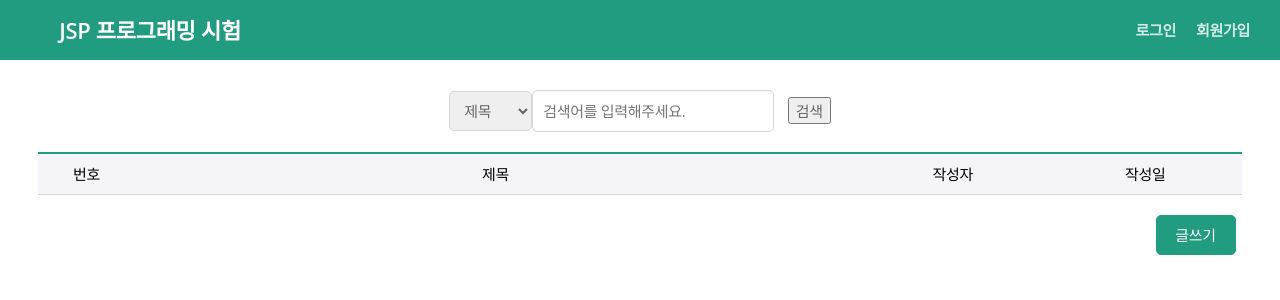
Repository: yujin149/noticeJSP
Page: http://localhost/BBS/bbs.jsp
These files come from the project's save history. The page is drawn as it stood at one moment and after a run of saves; the edit follows.
The browser window is 1280 px wide. The pictures show the whole page.
Some web libraries are served in a nearby version. The page is served by Tomcat 9. Other server files are loaded and not shown. Queries for data that is not in the repository find no rows.

Above is the page before, as saved 2024-11-29 06:48:51.

### BBS/src/main/webapp/bbs.jsp
<%@ page language="java" contentType="text/html; charset=UTF-8"
	pageEncoding="UTF-8"%>
<%@ page import="java.io.PrintWriter"%>
<%@ page import="bbs.BbsDAO"%>
<%@ page import="bbs.Bbs"%>
<%@ page import="java.util.ArrayList"%><!-- 게시판 목록을 출력하기 위해 -->
<!DOCTYPE html>
<html>
<head>
<meta charset="UTF-8">
<meta name="viewport" content="width=device-width" , initial-scale="1">
<link rel="stylesheet" href="css/reset.css">
<link rel="stylesheet" href="css/font.css">
<link rel="stylesheet" href="css/style.css">
<title>JSP 프로그래밍 시험</title>


</head>
<body>
	<div class="bbsWrap">
		<%
		String userID = null;
		if (session.getAttribute("userID") != null) {
			userID = (String) session.getAttribute("userID");
		}

		int pageNumber = 1;
		if (request.getParameter("pageNumber") != null) {
			pageNumber = Integer.parseInt(request.getParameter("pageNumber"));
		}
		%>
		<nav class="navWrap">
			<h1>
				<a href="bbs.jsp">JSP 프로그래밍 시험</a>
			</h1>

			<%
			if (userID == null) {
			%>
			<ul class="userMenu">
				<li><a href="login.jsp">로그인</a></li>
				<li><a href="join.jsp">회원가입</a></li>
			</ul>
			<%
			} else {
			%>
			<ul class="userMenu">
				<li><a href="logoutAction.jsp">로그아웃</a></li>
			</ul>
			<%
			}
			%>
		</nav>

		<div class="container">

			<div class="searchWrap">
				<form action="searchAction.jsp" method="get">
					<select name="searchField">
						<option value="bbsTitle">제목</option>
						<option value="userID">작성자</option>
					</select>
					<div class="search">
						<input type="text" name="searchText" placeholder="검색어를 입력해주세요.">
						<button type="submit" class="btn">검색</button>
					</div>
				</form>
			</div>
			<div class="tableWrap">
				<table>
					<colgroup>
						<col style="width: 8%">
						<col style="width: *">
						<col style="width: 16%">
						<col style="width: 16%">
					</colgroup>
					<thead>
						<tr>
							<th>번호</th>
							<th>제목</th>
							<th>작성자</th>
							<th>작성일</th>

						</tr>
					</thead>
					<tbody>
						<%
						BbsDAO bbsDAO = new BbsDAO();
						ArrayList<Bbs> list = bbsDAO.getList(pageNumber);
						for (int i = 0; i < list.size(); i++) {
						%>
						<tr>
							<td><%=list.get(i).getBbsNum()%></td>
							<td style="text-align: left;"><a
								href="view.jsp?bbsID=<%=list.get(i).getBbsNum()%>"> <%=list.get(i).getBbsTitle().replaceAll(" ", "&nbsp;").replaceAll("<", "&lt;").replaceAll(">", "&gt;")
		.replaceAll("\n", "<br>")%></a></td>

							<td><%=list.get(i).getUserID()%></td>
							<td><%=list.get(i).getBbsDate().substring(0, 11)%></td>
						</tr>
						<%
						}
						%>
					</tbody>

				</table>

			</div>
			<div class="btnWrap">
				<div class="prevnextBtn">
					<%
					if (pageNumber != 1) {
					%>
					<a href="bbs.jsp?pageNumber=<%=pageNumber - 1%>"
						class="btn btn-success btn-arraw-left">이전</a>
					<%
					}
					if (bbsDAO.nextPage(pageNumber + 1)) {
					%>
					<a href="bbs.jsp?pageNumber=
				<%=pageNumber + 1%>"
						class="btn btn-success btn-arraw-left">다음</a>
					<%
					}
					%>
				</div>
				<a href="write.jsp" class="btn btn-primary pull-right green-btn">글쓰기</a>
			</div>
		</div>
	</div>

	<script src="http://code.jquery.com/jquery-3.1.1.min.js"></script>
</body>
</html>

### BBS/src/main/java/bbs/BbsDAO.java
package bbs;

import java.sql.Connection;
import java.sql.DriverManager;
import java.sql.PreparedStatement;
import java.sql.ResultSet;
import java.util.ArrayList;

public class BbsDAO {
	private Connection conn;
	private ResultSet rs;

	public BbsDAO()
	{
		try
		{
			String dbURL = "jdbc:mysql://localhost:3306/testjsp";

			String dbID = "root";
			String dbPassword = "1234";
			Class.forName("com.mysql.jdbc.Driver");

			conn = DriverManager.getConnection(dbURL, dbID, dbPassword);
		}catch(Exception e)
		{
			e.printStackTrace();
		}
	}

	// 게시판 글쓰기를 위한 함수
	public String getDate()
	{
		String SQL = "SELECT NOW()";
		try {
			PreparedStatement pstmt = conn.prepareStatement(SQL);
			rs = pstmt.executeQuery();

			if(rs.next()) {
				return rs.getString(1);
			}

		} catch(Exception e) {
			e.printStackTrace();
		}
		return "";
	}

	public int getNext() // 게시글 번호 입력 함수
	{
		String SQL = "SELECT bbsNum FROM BBS ORDER BY bbsNum DESC";
		try {
			PreparedStatement pstmt = conn.prepareStatement(SQL);
			rs = pstmt.executeQuery();

			if(rs.next()) {
				return rs.getInt(1) + 1;
			}
			return 1;

		} catch(Exception e) {
			e.printStackTrace();
		}
		return -1;
	}

	public int write(String bbsTitle, String userID, String bbsContent)
	{
		String SQL = "INSERT INTO BBS VALUES (?, ?, ?, ?, ?, ?)";

		try {
			PreparedStatement pstmt = conn.prepareStatement(SQL);
			pstmt.setInt(1, getNext());
			pstmt.setString(2, bbsTitle);
			pstmt.setString(3, userID);
			pstmt.setString(4, getDate());
			pstmt.setString(5, bbsContent);
			pstmt.setInt(6, 1);

			return pstmt.executeUpdate();

		} catch(Exception e) {
			e.printStackTrace();
		}
		return -1;
	}

	public ArrayList<Bbs> getList(int pageNumber)
	{
		String SQL = "SELECT * FROM BBS WHERE bbsNum < ?  AND bbsAvailable = 1 ORDER BY bbsNum DESC LIMIT 10";

		ArrayList<Bbs> list = new ArrayList<Bbs>();
		try {
			PreparedStatement pstmt = conn.prepareStatement(SQL);
			pstmt.setInt(1, getNext() - (pageNumber - 1) * 10);

			rs = pstmt.executeQuery();

			while(rs.next()) {
				Bbs bbs = new Bbs();
				bbs.setBbsNum(rs.getInt(1));
				bbs.setBbsTitle(rs.getString(2));
				bbs.setUserID(rs.getString(3));
				bbs.setBbsDate(rs.getString(4));
				bbs.setBbsContent(rs.getString(5));
				bbs.setBbsAvailable(rs.getInt(6));
			    list.add(bbs);
			}
		} catch(Exception e) {
			e.printStackTrace();
		}
		return list;
	}

	public boolean nextPage(int pageNumber)
	{
		String SQL = "SELECT * FROM BBS WHERE bbsNum < ?  AND bbsAvailable = 1 ORDER BY bbsNUm DESC LIMIT 10";

		try {
			PreparedStatement pstmt = conn.prepareStatement(SQL);
			pstmt.setInt(1, getNext() - (pageNumber - 1) * 10);

			rs = pstmt.executeQuery();

			if(rs.next()) {
				return true;
			}
		} catch(Exception e) {
			e.printStackTrace();
		}
		return false;
	}

	public Bbs getBbs(int bbsNum) {
		String SQL = "SELECT * FROM BBS WHERE bbsNum = ?";
		try {
			PreparedStatement pstmt = conn.prepareStatement(SQL);
	        pstmt.setInt(1, bbsNum);
	        rs = pstmt.executeQuery();

			if(rs.next()) {
	            Bbs bbs = new Bbs();
	            bbs.setBbsNum(rs.getInt(1));
	            bbs.setBbsTitle(rs.getString(2));
	            bbs.setUserID(rs.getString(3));
	            bbs.setBbsDate(rs.getString(4));
	            bbs.setBbsContent(rs.getString(5));
	            bbs.setBbsAvailable(rs.getInt(6));
	            return bbs;
	        }
		} catch(Exception e) {
	        e.printStackTrace();
	    }
		return null;
	}

	public int update(int bbsNum, String bbsTitle, String bbsContent) {
		String SQL = "UPDATE BBS SET bbsTitle = ?, bbsContent =? WHERE bbsNum = ?";
		try {
			PreparedStatement pstmt = conn.prepareStatement(SQL);
			pstmt.setString(1, bbsTitle);
			pstmt.setString(2, bbsContent);
			pstmt.setInt(3, bbsNum);
			return pstmt.executeUpdate();
		}catch(Exception e){
			e.printStackTrace();
		}
		return -1;
	}

	public int delete(int bbsNum) {
		String SQL = "UPDATE BBS SET bbsAvailable = 0 WHERE bbsNum = ?";
		try {
			PreparedStatement pstmt = conn.prepareStatement(SQL);
			pstmt.setInt(1, bbsNum);
			return pstmt.executeUpdate();
		}catch(Exception e){
			e.printStackTrace();
		}
		return -1;
	}


	public ArrayList<Bbs> getSearch(String searchField, String searchText) {
	    String SQL = "";
	    ArrayList<Bbs> list = new ArrayList<Bbs>();

	    try {
	        if(searchField.equals("bbsTitle")) {
	            SQL = "SELECT * FROM BBS WHERE bbsTitle LIKE ? AND bbsAvailable = 1 ORDER BY bbsNum DESC";
	        } else if(searchField.equals("userID")) {
	            SQL = "SELECT * FROM BBS WHERE userID LIKE ? AND bbsAvailable = 1 ORDER BY bbsNum DESC";
	        }

	        PreparedStatement pstmt = conn.prepareStatement(SQL);
	        pstmt.setString(1, "%" + searchText + "%");
	        rs = pstmt.executeQuery();

	        while(rs.next()) {
	            Bbs bbs = new Bbs();
	            bbs.setBbsNum(rs.getInt(1));
	            bbs.setBbsTitle(rs.getString(2));
	            bbs.setUserID(rs.getString(3));
	            bbs.setBbsDate(rs.getString(4));
	            bbs.setBbsContent(rs.getString(5));
	            bbs.setBbsAvailable(rs.getInt(6));
	            list.add(bbs);
	        }
	    } catch(Exception e) {
	        e.printStackTrace();
	    }
	    return list;
	}

}

### BBS/src/main/webapp/css/reset.css
@charset "UTF-8";

html, body, div, span, applet, object, iframe,
h1, h2, h3, h4, h5, h6, p, blockquote, pre,
a, abbr, acronym, address, big, cite, code,
del, dfn, em, img, ins, kbd, q, s, samp,
small, strike, strong, sub, sup, tt, var,
b, u, i, center,
dl, dt, dd, ol, ul, li,
fieldset, form, label, legend,
table, caption, tbody, tfoot, thead, tr, th, td,
article, aside, canvas, details, embed,
figure, figcaption, footer, header, hgroup,
menu, nav, output, ruby, section, summary,
time, mark, audio, video {
	margin: 0;
	padding: 0;
	border: 0;
	font-size: 100%;
	font: inherit;
	vertical-align: inherit;
	box-sizing:border-box;
	transition:all .3s;
}
/* HTML5 display-role reset for older browsers */
article, aside, details, figcaption, figure,
footer, header, hgroup, menu, nav, section {
	display: block;
}
body {
	line-height: 1;
}
ol, ul {
	list-style: none;
}
blockquote, q {
	quotes: none;
}
blockquote:before, blockquote:after,
q:before, q:after {
	content: '';
	content: none;
}
table {
	border-collapse: collapse;
	border-spacing: 0;
}

button,
input,
select,
textarea {
	font-family: inherit; /* 1 */
	font-size: 100%; /* 2 */
	margin: 0; /* 3 */
}

button,
input {
	line-height: normal;
}

button,
select {
	text-transform: none;
}

button,
html input[type="button"], /* 1 */
input[type="reset"],
input[type="submit"] {
	-webkit-appearance: button; /* 2 */
	cursor: pointer; /* 3 */
}

button[disabled],
html input[disabled] {
	cursor: default;
    background: #f5f5f5;
    color:#666;
}

input[type="checkbox"],
input[type="radio"] {
	box-sizing: border-box; /* 1 */
	padding: 0; /* 2 */
}

input[type="search"] {
	-webkit-appearance: textfield; /* 1 */
	-moz-box-sizing: content-box;
	-webkit-box-sizing: content-box; /* 2 */
	box-sizing: content-box;
}

input[type="search"]::-webkit-search-cancel-button,
input[type="search"]::-webkit-search-decoration {
	-webkit-appearance: none;
}

button::-moz-focus-inner,
input::-moz-focus-inner {
	border: 0;
	padding: 0;
}

textarea {
	overflow: auto; /* 1 */
	vertical-align: top; /* 2 */
}
a {text-decoration:none;}
address {font-style:normal;}

caption {display:none}

### BBS/src/main/webapp/css/font.css
@charset "UTF-8";

@font-face {
    font-family: "Noto Sans KR";
    src: url('https://fonts.googleapis.com/css2?family=Noto+Sans+KR:wght@100;300;400;500;700;900&display=swap');
         unicode-range: U+AC00-D7A3;
        }

@font-face {
    font-family: 'roboto';
    src: url('https://fonts.googleapis.com/css2?family=Roboto:wght@100;300;400;500;700;900&display=swap');
         unicode-range: U+0030-0039;
}


html, body, table, input, textarea, nav, button, div, p, span,
#main_wrap span, h1, h2, h3, h4, h6, tr, td, ol, ul, li, select, pre {
    font-size:15px;
    font-family:"Noto Sans KR","roboto","Open Sans",Malgun Gothic,"맑은 고딕",AppleGothic,Dotum,"돋움",sans-serif;
    color:#666;letter-spacing: -0.3px; font-weight: 400;
}


.notosanskr {
 font-family: 'Noto Sans KR', sans-serif;
}

.roboto {
 font-family: 'roboto', sans-serif;
}

### BBS/src/main/webapp/css/style.css
@charset "UTF-8";
.bbsWrap{width:100%; margin:0 auto;}
.navWrap{width:100%; height:60px; background:#219c80; display:flex;
justify-content: space-between; align-items: center;padding: 0 30px;}
.navWrap h1 a{color:#fff; font-size:22px; font-weight:600; display:flex;
justify-content: center; align-items: center; width:240px; height:60px;}

.navWrap .userMenu{display:flex; justify-content: flex-end; align-items: center;}
.navWrap .userMenu a{color:rgba(255,255,255,0.8); font-size:15px; padding:0 10px;
font-weight:600;}
.navWrap .userMenu li:last-child a{padding-right:0;}
.navWrap .userMenu li.active a{color:#fff;}
.navWrap .userMenu a:hover{color:#fff;}


.bbsWrap .container{width:94%; margin:30px auto 0;}
.bbsWrap .container .tableWrap{width:100%; border-top: 2px solid #219c80;
border-bottom: 1px solid #d7d7d7;}

.bbsWrap .container .tableWrap table{table-layout: fixed; border-collapse: collapse;
width:100%;}
.bbsWrap .container .tableWrap table tr th{display:table-cell; vertical-align:middle; padding:0 10px; background: #f4f4f9;
height: 40px; font-size: 15px; color:#000;}
.bbsWrap .container .tableWrap table tr td{display:table-cell; vertical-align:middle; padding:0 10px; font-size: 15px;
border-top: 1px solid #d7d7d7; line-height: 1.3; height: 50px; text-align: center; cursor:pointer;}

.bbsWrap .container .tableWrap table tr td a{color:#666; display:block;}

.bbsWrap .container .tableWrap table tr:hover td{background:#f4f4f9;}

.bbsWrap .container .tableWrap.writeTable table tr td{border-top:none; border-bottom:1px solid #d7d7d7; padding:0; cursor:auto;}
.bbsWrap .container .tableWrap.writeTable table tr:hover td, .bbsWrap .container .tableWrap.viewTable table tr:hover td{background:inherit;}
.bbsWrap .container .writeTable table tr td input{width:100%; height:100%; border:none; padding:0 20px; outline:none;}
.bbsWrap .container .writeTable table tr td textarea{width:100%; min-height:580px; border:none; padding:20px; outline:none;
resize:none;}

.bbsWrap .container .tableWrap.viewTable table tr th{height:50px;}
.bbsWrap .container .viewTable table tr td{cursor:auto;}
.bbsWrap .container .viewTable table tr td.tit {color:#000; background:#f4f4f9;}
.bbsWrap .container .viewTable table tr:hover td.tit {color:#000; background:#f4f4f9;}
.bbsWrap .container .viewTable table tr td.text {text-align:left;}
.bbsWrap .container .viewTable table tr td.textBox{padding:20px;}


.btnWrap{display:flex;justify-content: space-between; align-items: center; margin-top:20px;}
.btnWrap .prevnextBtn{display:flex;}
.btnWrap .btn{display:flex;justify-content: center;align-items: center;
width:50px; height:40px; background:#eee; border-radius:5px; border:1px solid #d7d7d7; color:#666; margin-right:6px;}
.btnWrap .btn:hover{background:#219c80; color:#fff; border-color:#219c80;}
.btnWrap .btn.green-btn{background:#219c80; color:#fff; width:80px; border-color:#219c80;}


/*로그인*/
.loginWrap{width:480px; margin:60px auto 0; background: #fff; box-shadow: 3px 3px 5px rgba(55, 55, 55, 0.1);
padding:60px;}
.loginWrap h2{font-size:28px; font-weight:600; text-align:center; color:#000; margin-bottom:40px;}
.loginWrap ul li{margin-bottom:10px;}
.loginWrap ul li input {width:100%; height:40px; border:1px solid #d7d7d7;
border-radius:5px; outline:none; padding:0 10px; box-sizing:border-box;}
.loginWrap .loginBtn{width:100%; background:#219c80; color:#fff; border-radius:5px;
border:1px solid #219c80; height:40px; font-size:16px; font-weight:600; height:45px;}

.loginWrap ul li input[type='radio'] {
  -webkit-appearance: none;-moz-appearance: none;appearance: none; width: 15px;
  height: 15px; border: 1px solid #d7d7d7; border-radius: 50%; outline: none;  cursor: pointer; padding:0;}
.loginWrap ul li input[type='radio']:checked { background: #219c80; border: 3px solid white; box-shadow: 0 0 0 1px #219c80;}

.loginWrap ul li.radioList{display:flex; justify-content: center; align-items:center; padding:10px 0;}
.loginWrap ul li.radioList label{display:flex; justify-content: flex-start; align-items:center; cursor:pointer;}
.loginWrap ul li.radioList label input{margin-right:5px;}
.loginWrap ul li.radioList label:first-child{margin-right:20px;}


/*검색조건*/
.searchWrap{margin-bottom:20px;}
.searchWrap form{display:flex; justify-content: center; align-items: center;}
.searchWrap input, .searchWrap select{height:40px; border:1px solid #d7d7d7;
padding:0 10px; border-radius:5px;}
.searchWrap input{width:220px; margin-right:10px;}

After the next 2 saves:
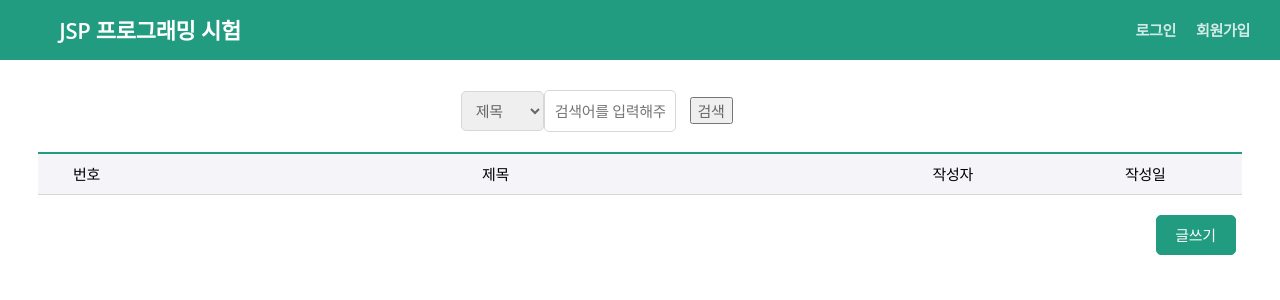
The 2 saves are shown as one change because they came seconds apart.
The last was saved 24 s later.
--- a/BBS/src/main/webapp/css/style.css
+++ b/BBS/src/main/webapp/css/style.css
@@ -76,4 +76,4 @@ border:1px solid #219c80; height:40px; font-size:16px; font-weight:600; height:4
 .searchWrap form{display:flex; justify-content: center; align-items: center;}
 .searchWrap input, .searchWrap select{height:40px; border:1px solid #d7d7d7;
 padding:0 10px; border-radius:5px;}
-.searchWrap input{width:220px; margin-right:10px;}
+.searchWrap input{width:40%; margin-right:10px;}
